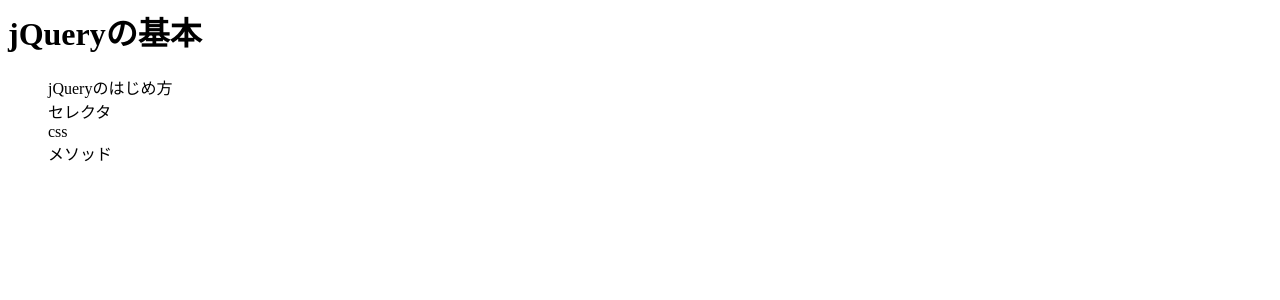
Repository: miyu-mnt/jQuery
Page: js02.html
The author's editor kept a record of every edit. The page is drawn from the files as they stood at one moment, then again after the next edit.
The browser window is 1280 px wide. The pictures show the whole page.

Above is the page before.

After the next edit:
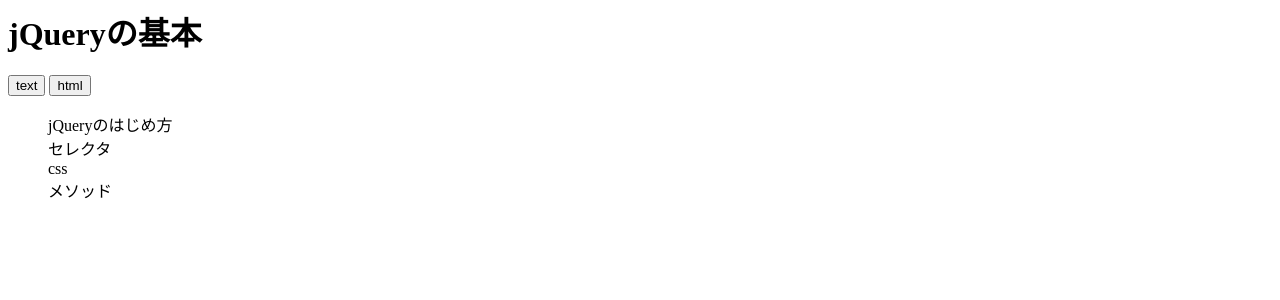
The edit:
--- a/js02.html
+++ b/js02.html
@@ -16,6 +16,11 @@
 
 <body>
   <h1>jQueryの基本</h1>
+  <h2>HTML/CSSとJavaScriptの基本的な構文について理解していること</h2>
+
+  <input type='button' id="text" value="text" />
+  <input type='button' id="html" value="html" />
+
   <ul id="index" class="list">
     <li>jQueryのはじめ方</li>
     <li>セレクタ</li>
